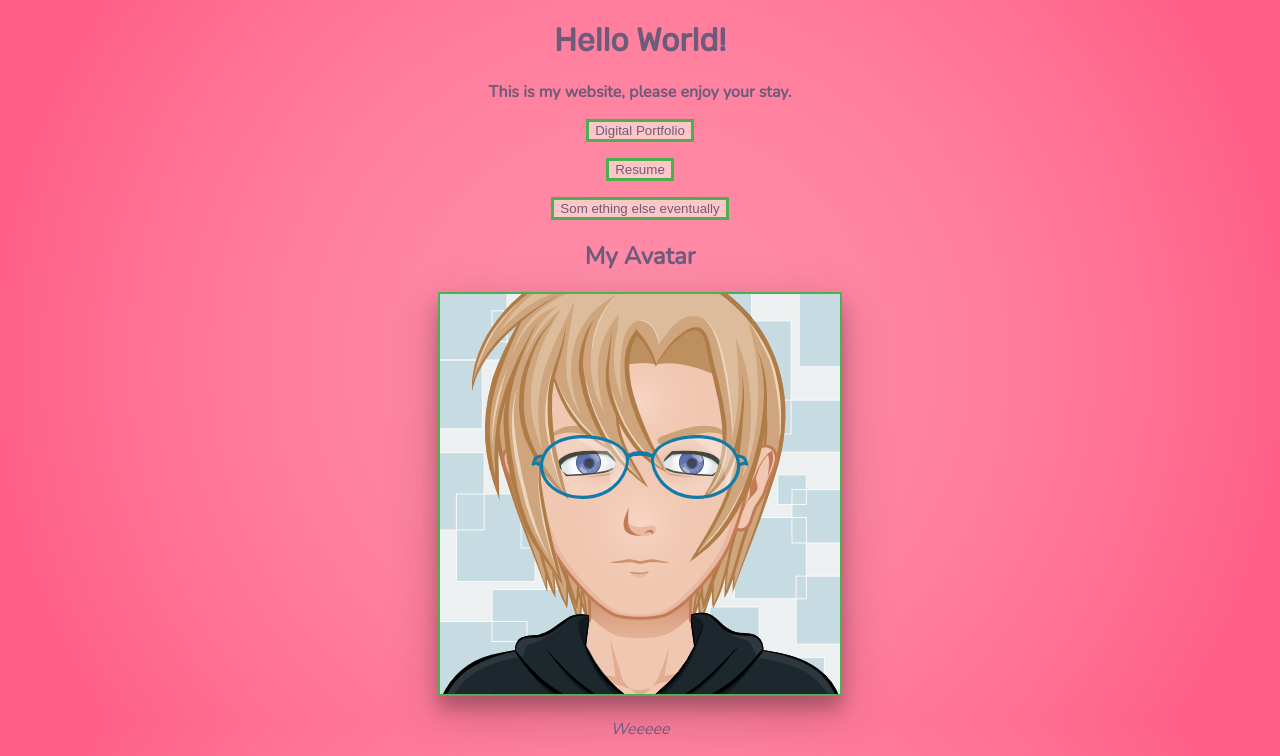
Repository: Ivyeomnky/Ivyeomnky.github.io
Page: index.html
The author's editor kept a record of every edit. The page is drawn from the files as they stood at one moment, then again after the next edit.
The browser window is 1280 px wide. The pictures show the whole page.
Backgrounds fixed to the window are drawn as part of the page.

Above is the page before.

### index.html
<!doctype html>
<html>
    <style>
    </style>
    <head>
        <title>Welcome!</title>
        <link rel="stylesheet" href="css.css">
        <link href="https://fonts.googleapis.com/css?family=Nunito|Roboto|Rubik&display=swap" rel="stylesheet">
    </head>
    <body>
        <center>
        <h1>Hello World!</h1>
        <center><p><b>This is my website, please enjoy your stay.</b></center>
        <div class="font-effect-anaglyph">
        <a href="dp.html"><button>Digital Portfolio</button></a>
        <p><a href="resume.html"><button>Resume</button></a></p>
        <p><a href="html.html"><button>Som
        ething else eventually</button></a></p>
        <h2>My Avatar</h2></p>
        <img src="images/myAvatar.png" alt="My Avatar" width="400" height="400">
        <p><i>Weeeee</i></p>
        </center>
    </body>
</html>

### css.css
body {
  color: #6c5b7b;
  font-family: 'Nunito', sans-serif;
  background-image: url('images/pinkBG.png');
  background-repeat: no-repeat;
  background-attachment: fixed;
  background-size: cover;
}
h1 {
  font-family: 'Rubik', sans-serif;
}
button{
    background-color: #ffc6c7;
    border: 3px solid #4CAF50; /* Green */
    color: #6c5b7b;
    opacity:1;
}
button:hover{
  background-color: #ffc6c7;
  border: 3px solid #4CAF50; /* Green */
  color: #6c5b7b;
  opacity:100;
  box-shadow:0 12px 16px 0 rgba(0,0,0,0.24), 0 17px 50px 0 rgba(0,0,0,0.19);
}
img{
    border: 2px solid #4CAF50; /* Green */
    box-shadow:0 12px 16px 0 rgba(0,0,0,0.24), 0 17px 50px 0 rgba(0,0,0,0.19);
}
iframe{
    border: 2px solid #4CAF50; /* Green */
    box-shadow:0 12px 16px 0 rgba(0,0,0,0.24), 0 17px 50px 0 rgba(0,0,0,0.19);
}

After the next edit:
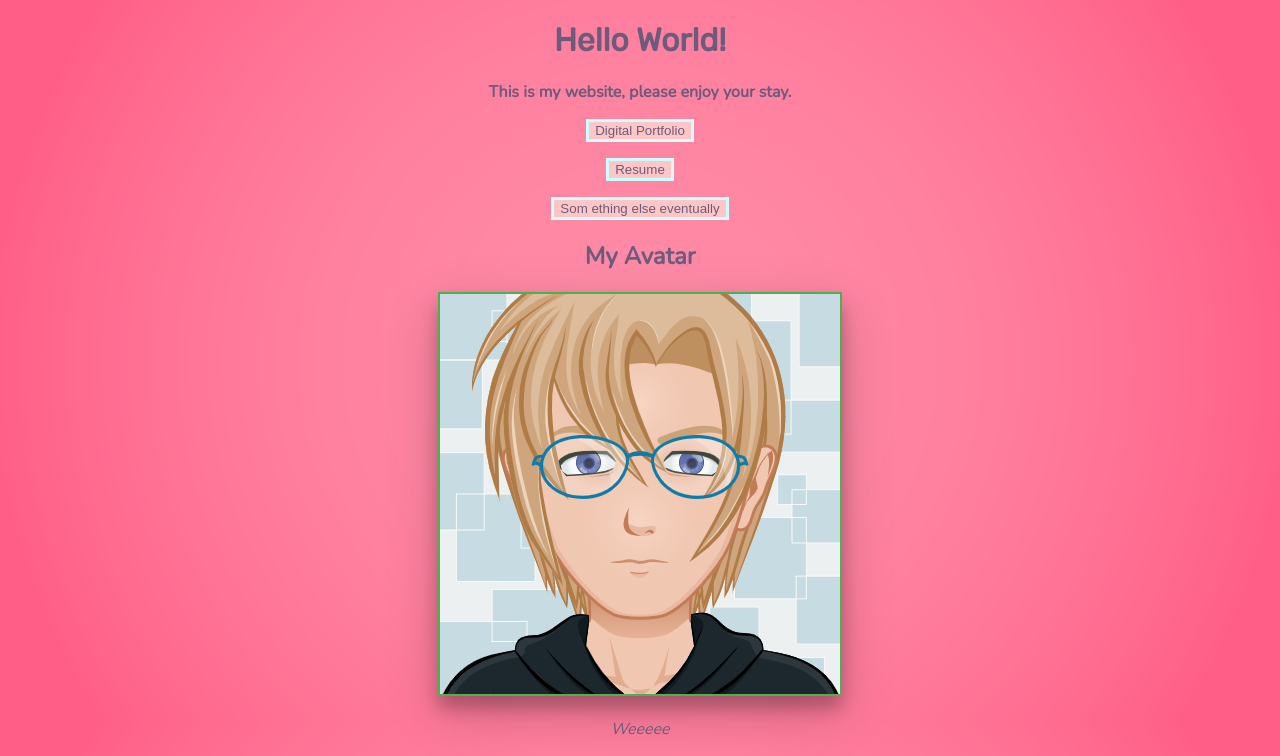
The edit:
--- a/css.css
+++ b/css.css
@@ -11,7 +11,7 @@
 }
 button{
     background-color: #ffc6c7;
-    border: 3px solid #4CAF50; /* Green */
+    border: 3px solid #ccffff;
     color: #6c5b7b;
     opacity:1;
 }
